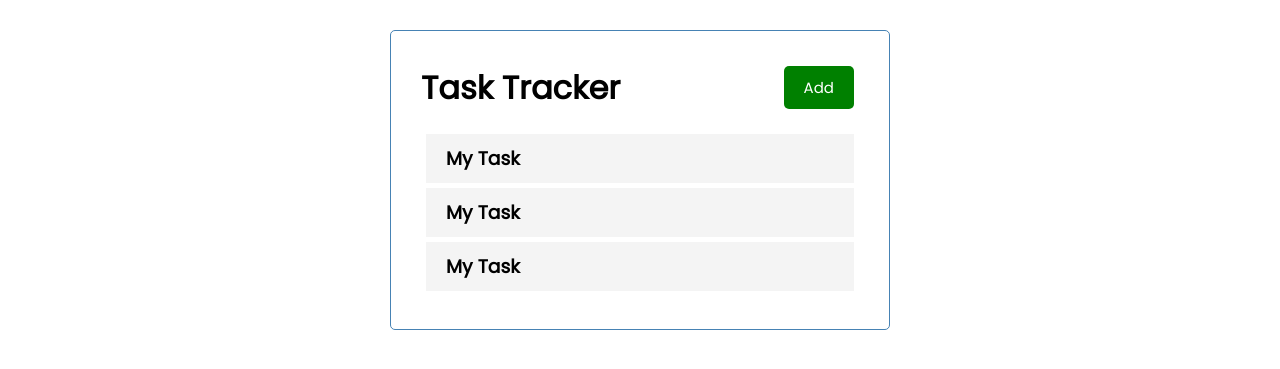
Repository: biggie-pti/task-tracker-react-app
Page: /
These files come from the project's save history. The page is drawn as it stood at one moment and after a run of saves; the edit follows.
The browser window is 1280 px wide. The pictures show the whole page.
The project was rebuilt for these pictures with package versions that can differ from the ones it lists, and the page was loaded fresh each time.

Above is the page before, as saved 2022-02-20 15:39:46.

### public/index.html
<!DOCTYPE html>
<html lang="en">
  <head>
    <meta charset="utf-8" />
    <link rel="icon" href="%PUBLIC_URL%/favicon.ico" />
    <meta name="viewport" content="width=device-width, initial-scale=1" />
    <meta name="theme-color" content="#000000" />
    <meta
      name="description"
      content="Web site created using create-react-app"
    />
    <link rel="apple-touch-icon" href="%PUBLIC_URL%/logo192.png" />

    <link rel="manifest" href="%PUBLIC_URL%/manifest.json" />

    <title>Task Tracker</title>
  </head>
  <body>
    <noscript>You need to enable JavaScript to run this app.</noscript>
    <div id="root"></div>

  </body>
</html>

### src/App.js
import Header from "./components/Header";
import Tasks from "./components/Tasks";
import { useState } from "react"
function App() {

  const [tasks, setTasks]= useState(

    [
        {
            id: 1,
            text: 'Administrator Appointment',
            day: 'March 4th at 3:00pm',
            reminder: true,
        },
        {
            id: 2,
            text: 'President Appointment',
            day: 'March 4th at 3:00pm',
            reminder: true,
        },
        {
            id: 3,
            text: 'Bed Delivery',
            day: 'March 4th at 3:00pm',
            reminder: true,
        },
    ]
)

  return (
    <div className="container">
    <Header />
    <Tasks tasks={tasks}/>
    </div>
  );
}

export default App;

### src/components/Header.js
import PropTypes from 'prop-types'
import Button from './Button'
const Header = ({title}) => {
    const onClick=()=>{
console.log('Click')
    }
  return (
    <header className='header'>
        <h1>

        {title}
        </h1>
       <Button color='green' text='Add' onClick={onClick}/>
        </header>
  )
}
Header.defaultProps={
    title: 'Task Tracker',
}

Header.propTypes={
    title: PropTypes.string,
}

//CSS in JS
// const headingStyle={
//     color:'red',
//     backgroundColor:'black',
// }

export default Header

### src/components/Tasks.js

import Task from "./Task"
const Tasks = ({tasks}) => {

  return (
    <>
{tasks.map((task)=>(
    <Task key={task.id} task={task} />
)


)}

    </>
  )
}

export default Tasks

### src/components/Button.js

import PropTypes from 'prop-types'

const Button = ({color,text, onClick}) => {


  return (
   <button

   onClick={onClick}
   style={{backgroundColor: color}}
    className='btn'>{text}

    </button>
  )
}
Button.defaultProps={
    color: 'steelblue',
}
Button.protoTypes={
    text: PropTypes.string,
    color: PropTypes.string,
    onClick: PropTypes.func,
}

export default Button

### src/components/Task.js


const Task = ({task}) => {
  return (
    <div className='task'>
        <h3>My Task</h3>

    </div>
  )
}

export default Task

Loaded but not shown: src/index.js (common file); src/index.css (common file); src/reportWebVitals.js (common file)

After the next 5 saves:
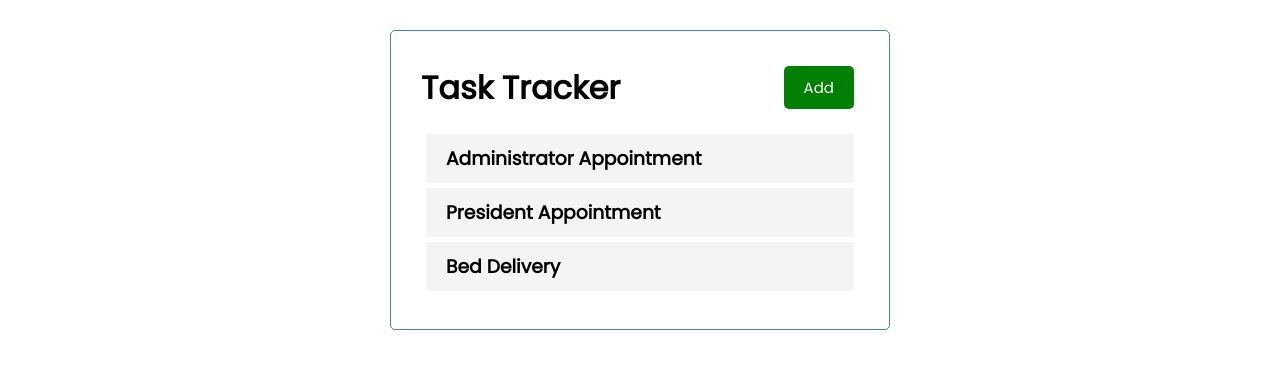
The 5 saves are shown as one change because they came seconds apart.
The last was saved 17 s later.
--- a/src/components/Task.js
+++ b/src/components/Task.js
@@ -3,7 +3,7 @@
 const Task = ({task}) => {
   return (
     <div className='task'>
-        <h3>My Task</h3>
+        <h3>{task.text}</h3>
 
     </div>
   )
